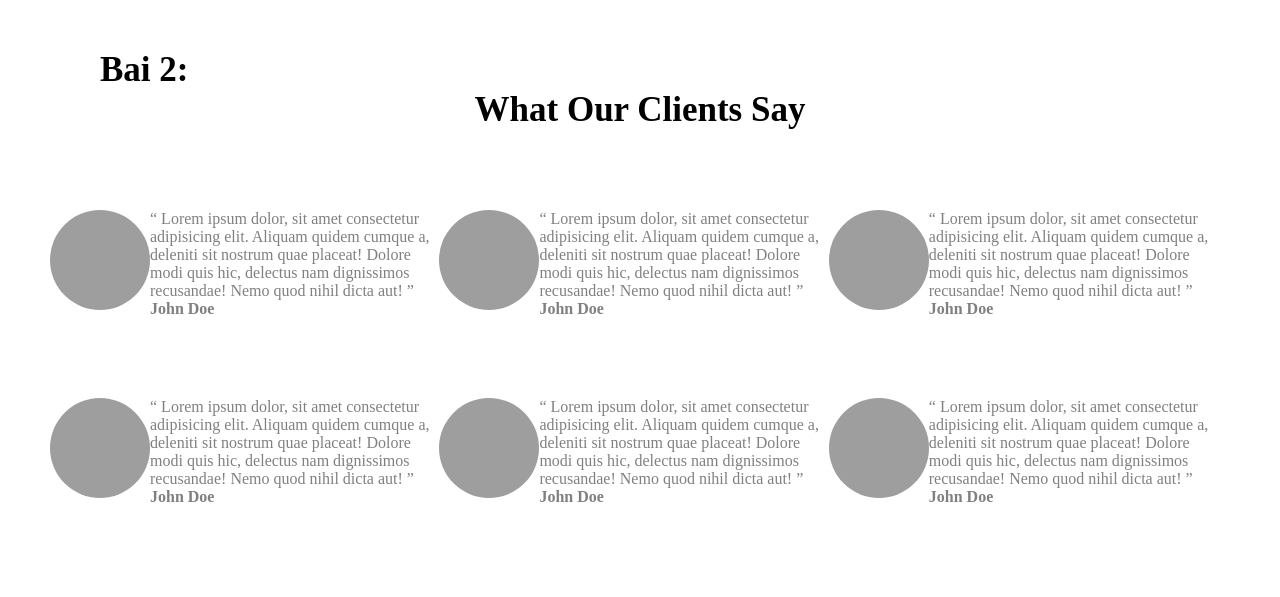
Repository: truongtn04/f8-fullstack-k5
Page: day03/ex02.html
An editor plug-in stored every save of this project. The page is shown before and after the next save, followed by the edit.
The browser window is 1280 px wide. The pictures show the whole page.
Pictures or frames that could not be fetched are drawn as grey boxes.

Above is the page before, as saved 2023-11-27 10:58:24.

After the next save:
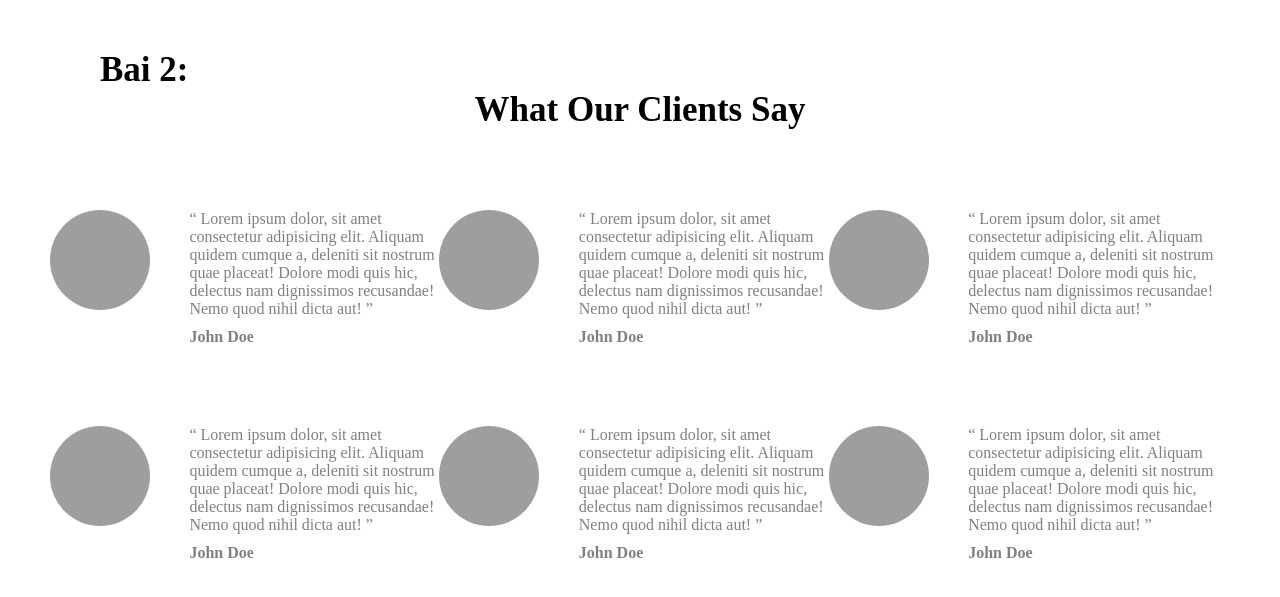
Saved 36 s later.
--- a/day03/css/ex02.css
+++ b/day03/css/ex02.css
@@ -39,7 +39,7 @@ h1{
     font-size: 16px;
     margin-left: initial;
 }
-.box-item__content blockquote q{
+.box-item__content blockquote{
     width: 250px;
     margin-bottom: 10px;
 }
